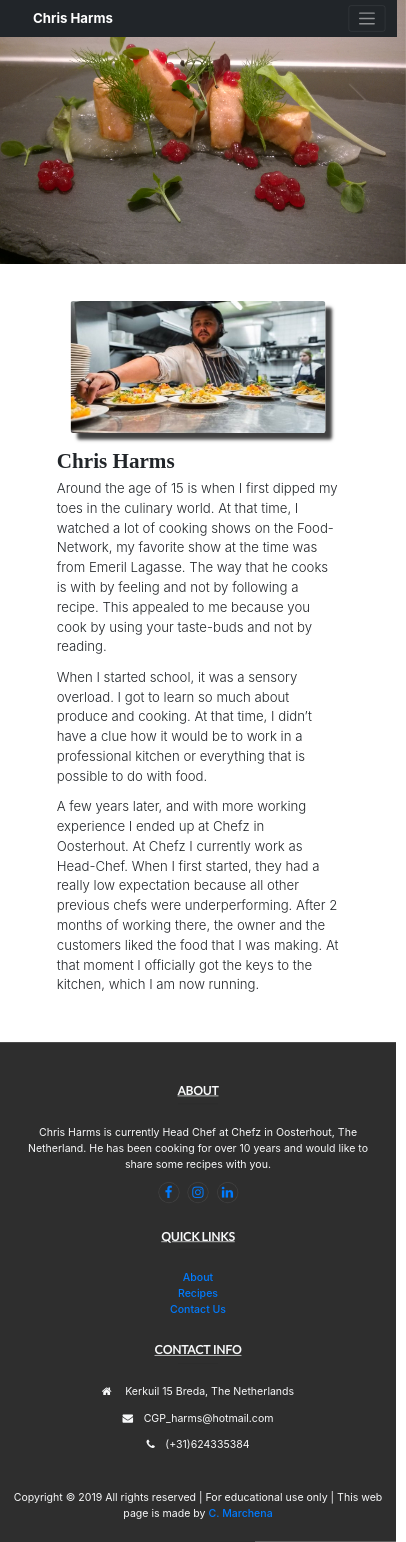
Repository: dugudugu/chris-harms-web
Page: about.html
The author's editor kept a record of every edit. The page is drawn from the files as they stood at one moment, then again after the next edit.
The browser window is 600 px wide. The page is 615 px wide, so the pictures cover 615 px, including what lies to the right of the window. The pictures show the whole page, at 66% of full size.
Some web fonts or font styles are not loaded; a fallback is used.

Above is the page before.

### about.html
<!DOCTYPE html>
<html lang="en">

<head>
  <meta charset="UTF-8">
  <meta name="viewport" content="width=device-width, initial-scale=1.0">
  <meta http-equiv="X-UA-Compatible" content="ie=edge">
  <link href="https://stackpath.bootstrapcdn.com/bootstrap/4.3.1/css/bootstrap.min.css" rel="stylesheet" integrity="sha384-ggOyR0iXCbMQv3Xipma34MD+dH/1fQ784/j6cY/iJTQUOhcWr7x9JvoRxT2MZw1T" crossorigin="anonymous">
  <link href="https://stackpath.bootstrapcdn.com/font-awesome/4.7.0/css/font-awesome.min.css" rel="stylesheet" integrity="sha384-wvfXpqpZZVQGK6TAh5PVlGOfQNHSoD2xbE+QkPxCAFlNEevoEH3Sl0sibVcOQVnN" crossorigin="anonymous">
  <link rel="stylesheet" href="css/about.css">
  <title> Chris Harms | Recipes</title>
</head>


<body>

  <header>

    <!-- Navbar -->
    <!-- Original code from: https://mdbootstrap.com/docs/jquery/navigation/navbar/ -->

    <nav class="navbar fixed-top navbar-expand-lg navbar-dark">
      <a class="navbar-brand" href="index.html"><strong>Chris Harms</strong></a>

      <button class="navbar-toggler" type="button" data-toggle="collapse" data-target="#navbarSupportedContent" aria-controls="navbarSupportedContent" aria-expanded="false" aria-label="Toggle navigation">
            <span class="navbar-toggler-icon"></span>
        </button>

      <div class="collapse navbar-collapse" id="navbarSupportedContent">
        <ul class="navbar-nav ml-auto pl-lg-5 pl-0">
          <li class="nav-item active">
            <a class="nav-link" href="about.html">About</a>
          </li>
          <li class="nav-item">
            <a class="nav-link" href="recipe.html">Recipes</a>
          </li>
          <li class="nav-item">
            <a class="nav-link active" href="contact.html">Contact Us</a>
          </li>
        </ul>
      </div>
    </nav>

    <!-- Image for the Header -->

    <div class="container-fluid p-0 m-0">
      <div class="row">
        <div class="col-12">
          <img class="d-block w-100" src="media/image/slider2.jpg">
        </div>
      </div>
    </div>


  </header>

  <main class="container-fluid">

    <div class="row about p-5 m-2 " id="About ">
      <div class="about-image col-md-4  order-md-1 ">
        <img width="500 " height="400 " class="rounded" src="media/image/about2.jpg" ">
      </div>
      <div class="about col-md-8 order-md-2 ">
        <h4 class="about-heading ">Chris Harms</h4>
        <p class="lead ">
         Around the age of 15 is when I first dipped my toes in the culinary world. At that time, I watched a lot of cooking shows on the Food-Network, my favorite show at the time was from Emeril Lagasse.
         The way that he cooks is with by feeling and not by following a recipe.
         This appealed to me because you cook by using your taste-buds and not by reading.
         </p>
         <p class="lead ">
         When I started school, it was a sensory overload. I got to learn so much about produce and cooking.
         At that time, I didn’t have a clue how it would be to work in a professional kitchen or everything that is possible to do with food.
         </p>
         <p class="lead ">
          A few years later, and with more working experience I ended up at Chefz in Oosterhout. At Chefz I currently work as Head-Chef. When I first started, they had a really low expectation because all other previous chefs were underperforming.
          After 2 months of working there, the owner and the customers liked the food that I was making. At that moment I officially got the keys to the kitchen, which I am now running.
         </p>
      </div>
    </div>



  </main>





  <!-- Optional JavaScript -->
  <!-- jQuery first, then Popper.js, then Bootstrap JS -->
  <script src="https://code.jquery.com/jquery-3.3.1.slim.min.js " integrity="sha384-q8i/X+965DzO0rT7abK41JStQIAqVgRVzpbzo5smXKp4YfRvH+8abtTE1Pi6jizo " crossorigin="anonymous "></script>
  <script src="https://cdnjs.cloudflare.com/ajax/libs/popper.js/1.14.7/umd/popper.min.js " integrity="sha384-UO2eT0CpHqdSJQ6hJty5KVphtPhzWj9WO1clHTMGa3JDZwrnQq4sF86dIHNDz0W1 " crossorigin="anonymous "></script>
  <script src="https://stackpath.bootstrapcdn.com/bootstrap/4.3.1/js/bootstrap.min.js " integrity="sha384-JjSmVgyd0p3pXB1rRibZUAYoIIy6OrQ6VrjIEaFf/nJGzIxFDsf4x0xIM+B07jRM " crossorigin="anonymous "></script>

</body>


<!-- Footer -->

<footer class="page-footer font-small unique-color-dark ">
  <div class="container-fluid text-center text-md-left mt-5 ">
    <div class="row mt-3 ">

      <!--            About and Social Media links          -->

      <!--            About           -->
      <div class="col-md-3 col-lg-4 col-xl-3 mx-auto mb-4 ">
        <h6 class="text-uppercase font-weight-bold ">About</h6>
        <hr class="blue-accent mb-4 mt-0 d-inline-block mx-auto " style="width: 60px; ">
        <p>Chris Harms is currently Head Chef at Chefz in Oosterhout, The Netherland. He has been cooking for over 10 years and would like to share some recipes with you.</p>

        <!--            Social Media links          -->
        <ul class="list-inline social-links ">
          <li class="list-inline-item ">
            <a href="https://www.facebook.com/Fritos-catering-204930356197964/ " target="_blank ">
                        <i class="fa fa-facebook "></i>
                        <span class="sr-only ">Facebook</span>
                    </a>
          </li>
          <li class="list-inline-item ">
            <a href="https://www.instagram.com/whiskeycave/ " target="_blank ">
                        <i class="fa fa-instagram "></i>
                        <span class="sr-only ">Instagram</span>
                    </a>
          </li>
          <li class="list-inline-item ">
            <a href="https://www.linkedin.com/in/chris-harms-b99322104/ " target="_blank ">
                        <i class="fa fa-linkedin "></i>
                        <span class="sr-only ">LinkedIn</span>
                    </a>
          </li>
        </ul>
      </div>

      <!--            Quick Links          -->
      <div class="col-md-3 col-lg-2 col-xl-2 mx-auto mb-4 ">
        <h6 class="text-uppercase font-weight-bold ">Quick Links</h6>
        <hr class="blue-accent accent-2 mb-4 mt-0 d-inline-block mx-auto " style="width: 60px; ">
        <ul class="quick-links list-unstyled ">
          <li>
            <a href="about.html ">About</a>
          </li>
          <li>
            <a href="recipe.html ">Recipes</a>
          </li>
          <li>
            <a href="contact.html ">Contact Us</a>
          </li>
        </ul>
      </div>


      <!--            Contact Info          -->
      <div class="col-md-4 col-lg-3 col-xl-3 mx-auto mb-md-0 mb-4 ">
        <h6 class="text-uppercase font-weight-bold ">Contact Info</h6>
        <hr class="blue-accent accent-2 mb-4 mt-0 d-inline-block mx-auto " style="width: 60px; ">
        <p>
          <i class="fa fa-home mr-3 "></i> Kerkuil 15 Breda, The Netherlands</p>
        <p>
          <i class="fa fa-envelope mr-3 "></i>CGP_harms@hotmail.com</p>
        <p>
          <i class="fa fa-phone mr-3 "></i>(+31)624335384</p>
      </div>
    </div>
  </div>


  <!--            Copy-Rights          -->
  <div class="footer-copyright text-center py-3 ">
    <p>Copyright &copy; 2019 All rights reserved | For educational use only | This web page is made by
      <a target=_blank href="https://www.linkedin.com/in/cindymarchena/ ">C. Marchena</a>
    </p>
  </div>


</footer>




</html>

### css/about.css
@import url('https://fonts.googleapis.com/css?family=Grand+Hotel|Lato:|Nunito+Sans:100,200,300,400,500,600,700');

html {
    font-family: 'Nunito Sans', sans-serif;
    font-size: 1rem;

}


/* ----------------------------------------------------    Special ------------*/

.text-uppercase {
    text-transform: uppercase!important;
    font-family: 'Lato', sans-serif;
    text-decoration: underline;
}



h4 {
    font-family: 'Grand Hotel', cursive;
    font-weight: bold;
    font-size: 4rem;

}


/* ----------------------------------------------------    Main ------------*/

.rounded {
    /* border-radius: .25rem!important; */
    border-radius: 44px 44px 44px 44px;
    -moz-border-radius: 44px 44px 44px 44px;
    -webkit-border-radius: 44px 44px 44px 44px;
    /* border: 0px solid #000000; */
    box-shadow: 10px 10px 5px 0px rgba(0,0,0,0.75);
    margin-bottom: 20px;
}




/* ----------------------------------------------------    Navbar ------------*/

.navbar {
    background-color: #212529;
    padding-left: 50px;
}

.navbar-collapse {
    padding-right: 50px;
    -ms-flex-preferred-size: 100%;
    flex-basis: 100%;
    -ms-flex-positive: 1;
    -ms-flex-align: center;
    align-items: center;
}


.navbar .nav-link {
    font-family: 'Lato', sans-serif;
    padding: 1.7rem 1rem;
    outline: none !important;
    font-size: 15px;
    text-transform: uppercase;
    letter-spacing: .2em;
    color: white !important;

}

.w-100 {
    width: 100%!important;
    height: 40em;
}

.col-12 {
    -ms-flex: 0 0 100%;
    flex: 0 0 100%;
    max-width: 100%;
    padding: initial;
}

/* ----------------------------------------------------    Main ------------*/







/* ----------------------------------------------------    Footer ------------*/

.page-footer {
    width: 100%;
    padding-right: 15px;
    padding-left: 15px;
    padding-top: 15px;
    margin-right: auto;
    margin-left: auto;
    color: #f8f9fa !important;
    background-color: #2e2e2e !important;
}

.font-weight-bold {
    font-weight: 700!important;
    font-size: 18px;
}

.social-links li a i {
    width: 32px;
    height: 32px;
    padding: 12px 0;
    border-radius: 50%;
    font-size: 20px;
    line-height: 7px;
    text-align: center;
    color: #007bff;
    background-color: #2E2E2E;
    border: 1px solid rgba(255, 255, 255, 0.1);
    transition: all .35s ease-in-out;
    -moz-transition: all .35s ease-in-out;
    -webkit-transition: all .35s ease-in-out;
    -o-transition: all .35s ease-in-out;
}

.social-links li a i:hover {
    background-color: #fafafa;
    color: #000000;
}

.quick-links li a {
    font-weight: 500;
    color: #007bff;
    padding-bottom: 20px;
    transition: all .35s ease-in-out;
    -moz-transition: all .35s ease-in-out;
    -webkit-transition: all .35s ease-in-out;
    -o-transition: all .35s ease-in-out;
}

.quick-links li a:hover {
    color: #fafafa;
}

.footer-copyright p a {
    font-weight: 500;
    color: #007bff;
    padding-bottom: 20px;
    transition: all .35s ease-in-out;
    -moz-transition: all .35s ease-in-out;
    -webkit-transition: all .35s ease-in-out;
    -o-transition: all .35s ease-in-out;
}

.footer-copyright p a:hover {
    color: #fafafa;
}


/* ----------------------------------------------------    Media Q ------------*/

@media only screen and (max-width: 767px) {
    .w-100 {
        width: 100%!important;
        height: 25em;
    }
}

@media only screen and (max-width: 767px) {

    .rounded {
        width: 90%;
        height: 90%;
        display: block !important;
        margin: auto;
    }
    h4 {
        font-size: 2rem;
    }
}



@media (min-width: 768px) and (max-width: 1024px) {
    h4 {
        text-align: center;
    }

    .lead {
        text-align: center;
    }

    .col-md-8 {
        flex: none!important;
        max-width: fit-content;
    }
    .rounded {
        margin-left: 50%;
    }




}

After the next edit:
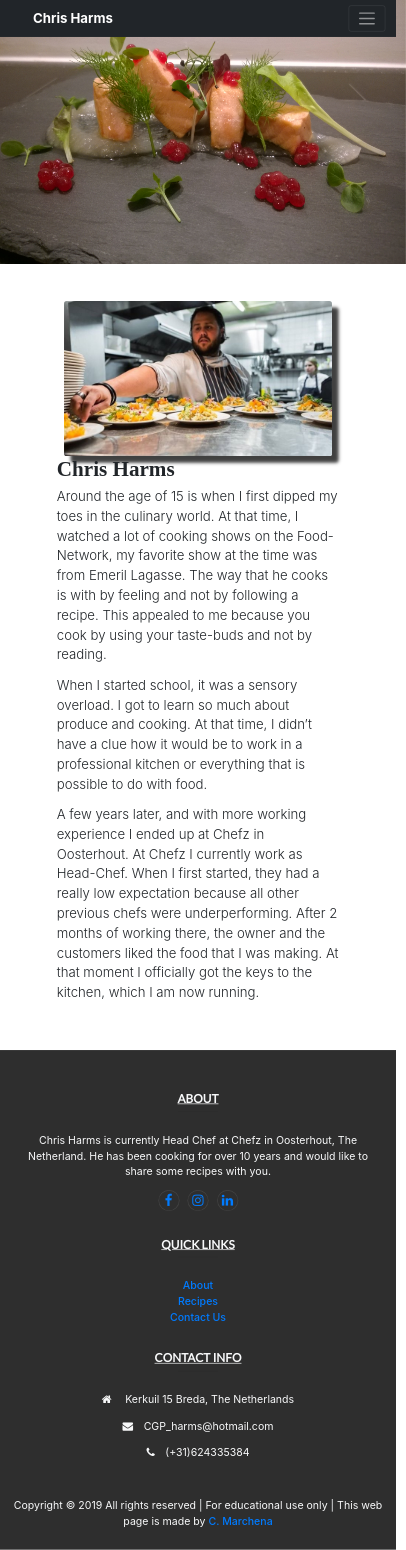
The edit:
--- a/css/about.css
+++ b/css/about.css
@@ -169,8 +169,8 @@
 @media only screen and (max-width: 767px) {
 
     .rounded {
-        width: 90%;
-        height: 90%;
+        width: 95%;
+        height: 100%;
         display: block !important;
         margin: auto;
     }
